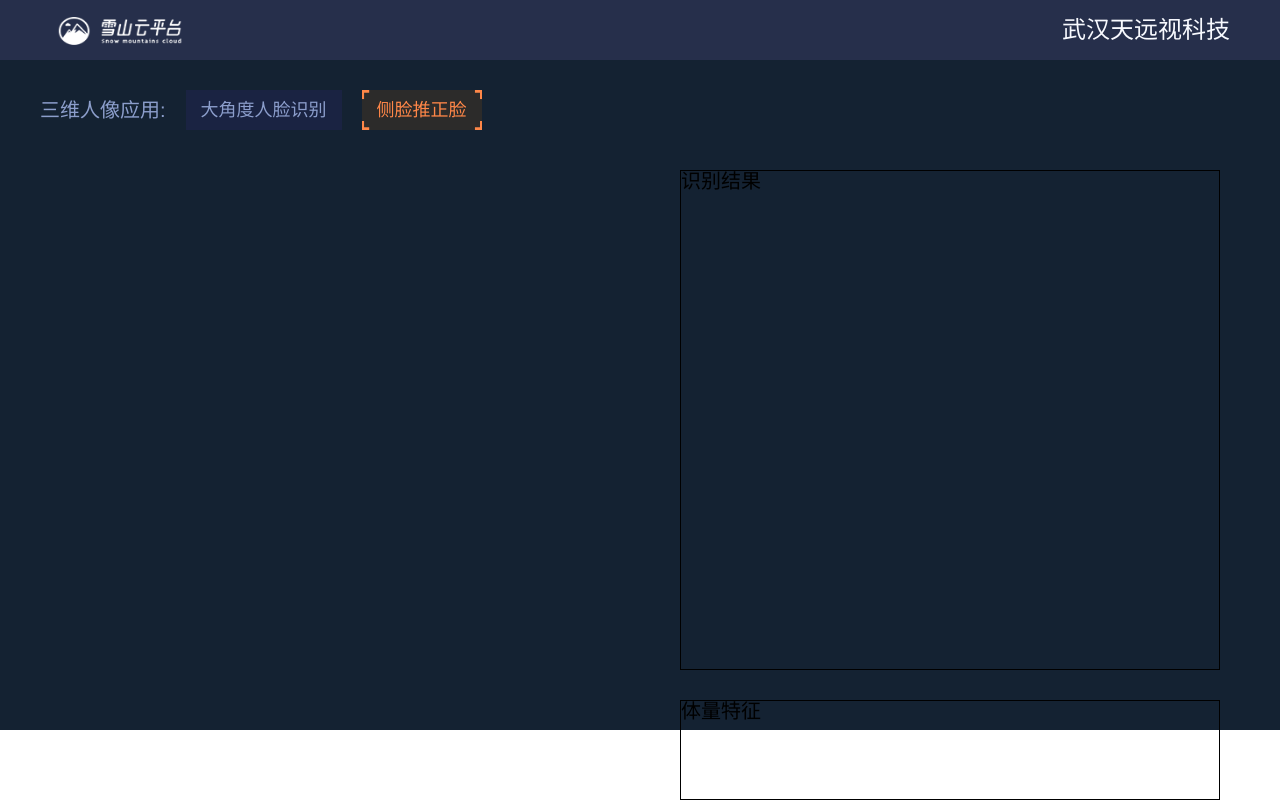
Repository: fyt2020/pubilcDemlo
Page: /#/face
These files come from the project's save history. The page is drawn as it stood at one moment and after the next save; the edit follows.
The browser window is 1280 px wide. The pictures show the whole page.
The project was rebuilt for these pictures with package versions that can differ from the ones it lists, and the page was loaded fresh each time.

Above is the page before, as saved 2020-04-28 10:59:44.

After the next save:
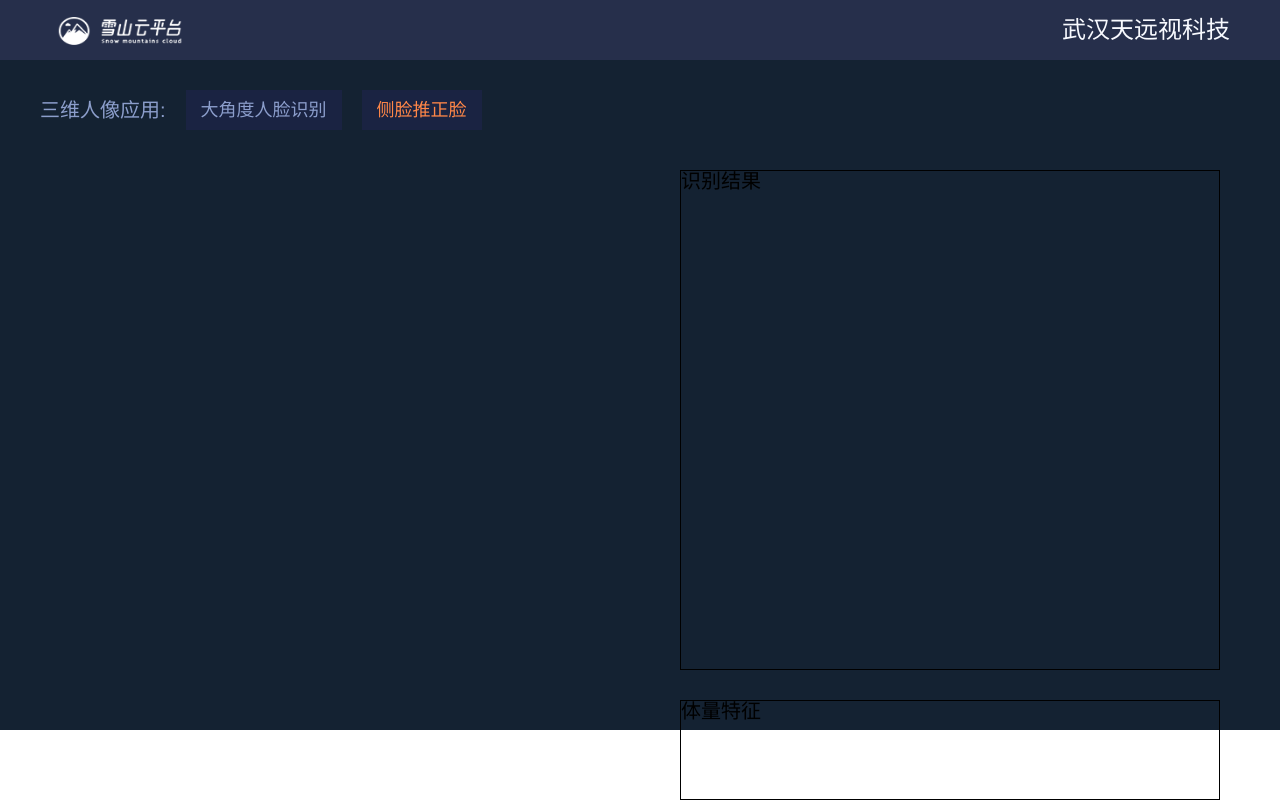
Saved 20 s later.
--- a/src/assets/css/home.scss
+++ b/src/assets/css/home.scss
@@ -56,7 +56,7 @@
         &__item.exactActive{
              display: flex;
              color: #ff8748;
-             background: url('#{$img}/qhbtn.png') no-repeat center;
+            //  background: url('#{$img}/qhbtn.png') no-repeat center;
              background-size: 100% 100%;
 
         }

After the save that followed:
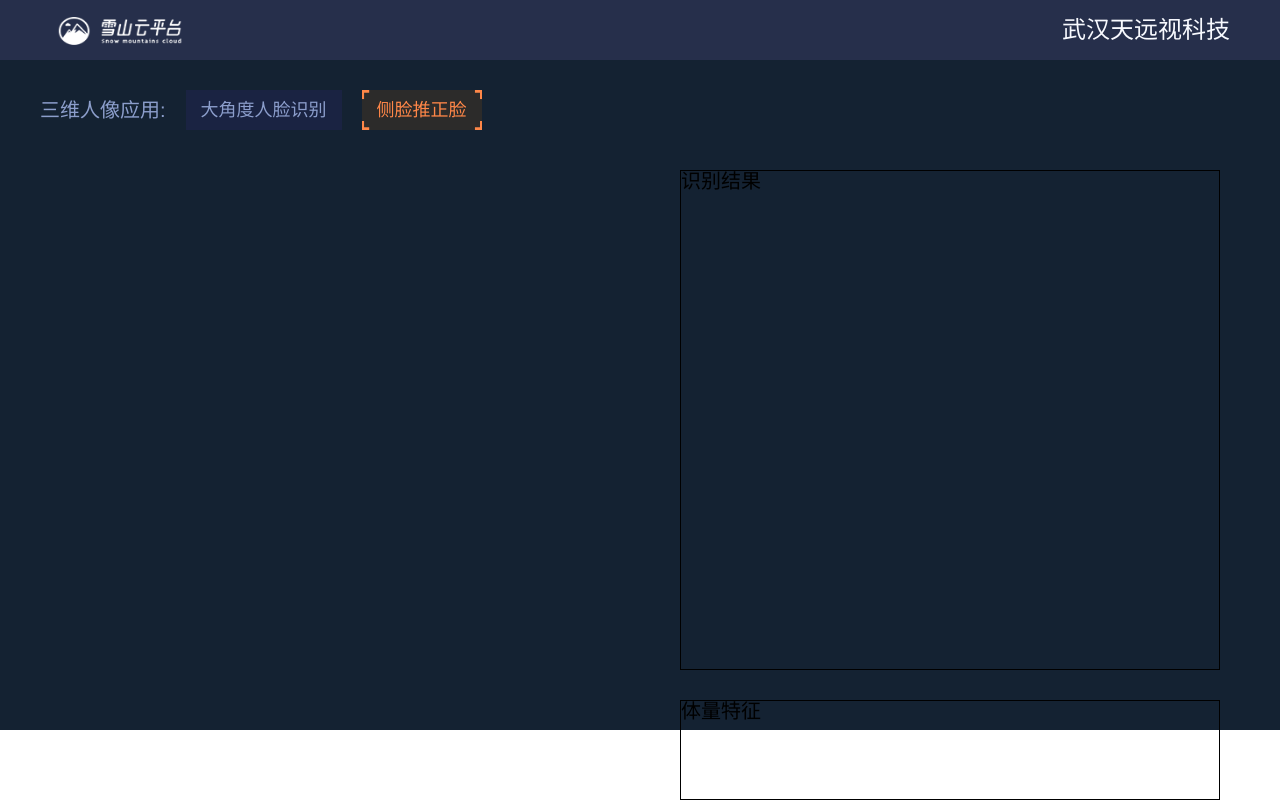
Saved 7 s later.
--- a/src/assets/css/home.scss
+++ b/src/assets/css/home.scss
@@ -56,7 +56,7 @@
         &__item.exactActive{
              display: flex;
              color: #ff8748;
-            //  background: url('#{$img}/qhbtn.png') no-repeat center;
+             background: url('#{$img}/qhbtn.png') no-repeat center;
              background-size: 100% 100%;
 
         }
